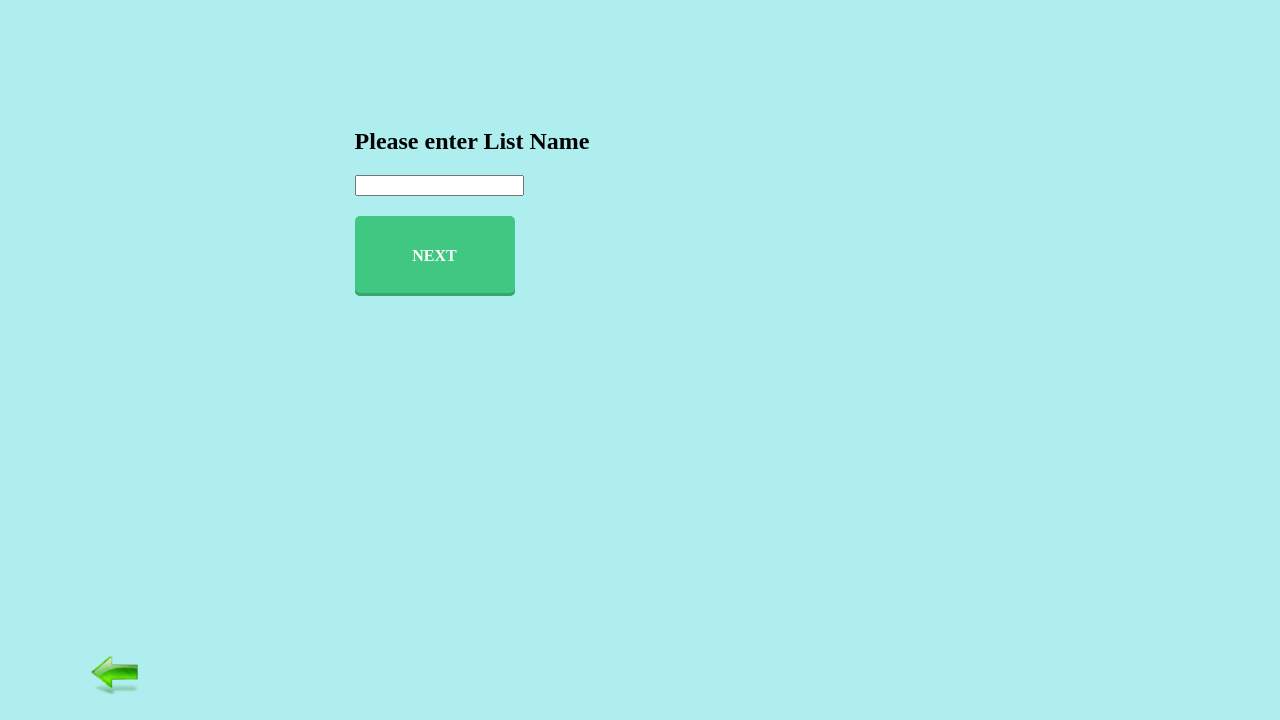
Repository: Artem-Brunov/msu_prac
Page: workspace/BasicUI/NewWithoutTr.html
The author's editor kept a copy of each file at every save. The page is drawn from the files as they stood at one save, then again after the next save.
The browser window is 1280 px wide. The pictures show the whole page.

Above is the page before, as saved 2017-12-26 19:06:46.

### workspace/BasicUI/NewWithoutTr.html
<!DOCTYPE html>
<html>
<head>
  <meta charset="utf-8" />
    <meta name="viewport" content="width=device-width, initial-scale=1.0, maximum-scale=1.0">
    <meta name="description" content="Tizen Mobile Web Basic Template" />

    <title>Tizen Mobile Web Basic Application</title>
    <link rel="stylesheet" type="text/css" href="css/NewPlaylist.css" />
    <link rel="stylesheet" type="text/css" href="css/style.css" />
</head>
<body>
<div class = "listn">
	<form name="test">
  		<h2>Please enter List Name</h2>
  		<p>
   			<input type="text" size="18.5">
  		</p>
 </div>

 	</form>

	<div class = "Add">
		<a href = "" class = "first_button">NEXT</a>
	</div>
	<div class = "BBack">
			<a href = "NewSettings.html"><img src="images/Back.png" width="50"
  height="50" alt="One step back"></a>
	</div>
</body>
</html>

### workspace/BasicUI/css/NewPlaylist.css
.Return {
	position: absolute;
  	top: 24%;
  	left:50%;

}
.Add {
	position: absolute;
  	top: 30%;
  	left: 27.7%;
}
.listn {
	position: absolute;
  	top: 15%;
  	left: 27.7%;
}
.BBack{
	position: absolute;
  	top: 90%;
  	left: 7%;
}
.Settings{
	position: absolute;
	left: 18%;
	top: 10%;
 	color: Gray;
}
.take_1{
	position: absolute;
	left: 6%;
	top: 3%;
}
.take_2{
	position: absolute;
	right: 6%;
	top: 3%;
}
.FP{
	position: absolute;
	left: 27.7%;
	top: 60%;
}
.FP_2{
	position: absolute;
	right: 27.7%;
	top: 75%;
}

### workspace/BasicUI/css/style.css
html,
body {
    width: 100%;
    height: 100%;
    margin: 0 auto;
    padding: 0;
    background: PaleTurquoise;
 }
 .titl{

 	position: absolute;
 	left: 25.5%;
 	top: 10%;
 	color: Gray;
 }
 a.first_button {

	display: block;
	width: 160px;
	height: 80px;
  	line-height: 5em;
	border-radius: 5px;
 	background: rgb(64,199,129);
	box-shadow: 0 -3px rgb(53,167,110) inset;
	font-weight: 900;
  	color: white;
  	text-align: center;
  	text-decoration: none;
  	transition: 0.2s;
}
a.first_button:hover { background: rgb(53, 167, 110); }
a.first_button:active {
  background: rgb(33,147,90);
  box-shadow: 0 3px rgb(33,147,90) inset;
}
.New {
	position: absolute;
  	top: 47%;
  	left: 27.7%;

}
.Select {
	position: absolute;
  	top: 64%;
  	left: 27.7%;

}
.FastPlay {
	position: absolute;
  	top: 30%;
  	left: 27.7%;

}

After the next save:
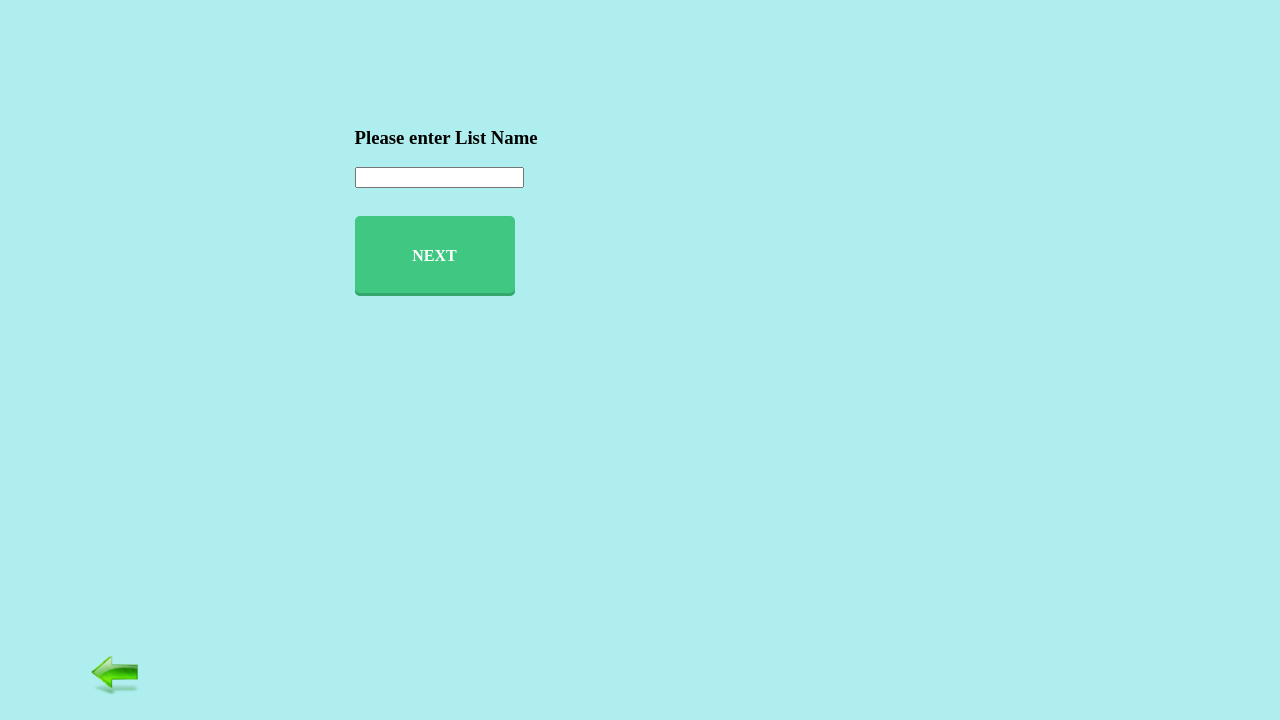
Saved 24 s later.
--- a/workspace/BasicUI/NewWithoutTr.html
+++ b/workspace/BasicUI/NewWithoutTr.html
@@ -12,7 +12,7 @@
 <body>
 <div class = "listn">
 	<form name="test">
-  		<h2>Please enter List Name</h2>
+  		<h3>Please enter List Name</h3>
   		<p>
    			<input type="text" size="18.5">
   		</p>
